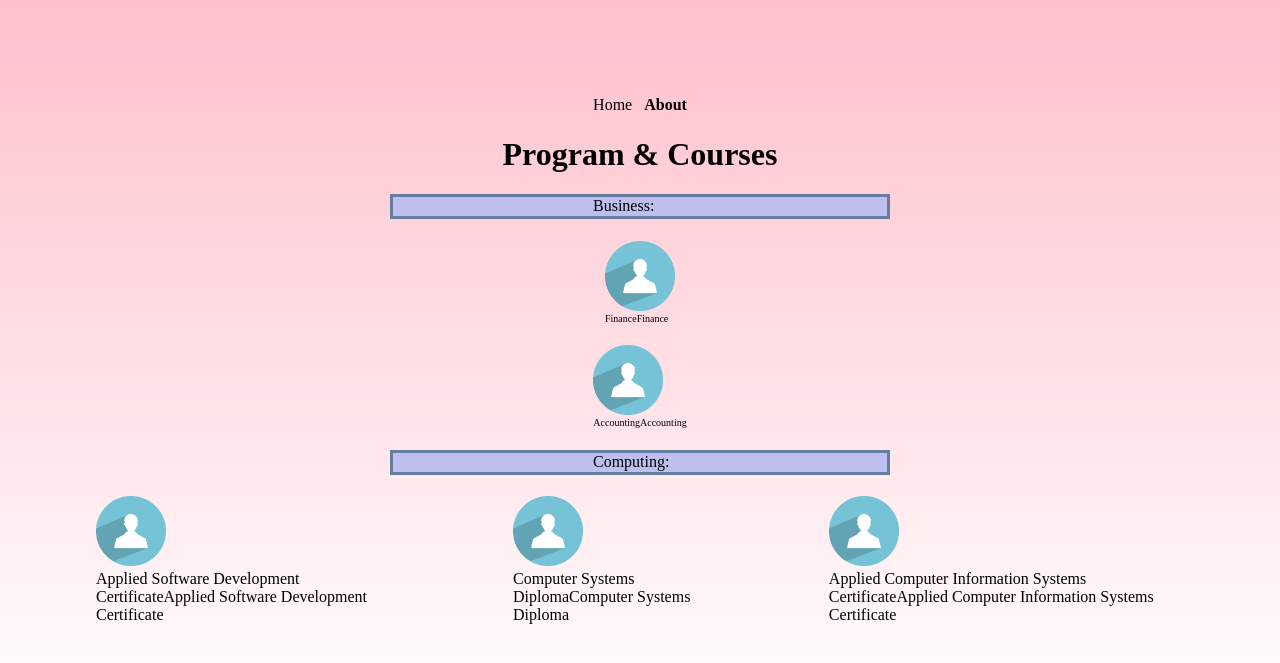
Repository: anoncoderin/madhu-assignment3
Page: /
An editor plug-in stored every save of this project. The page is shown before and after a run of saves, followed by the edit.
The browser window is 1280 px wide. The pictures show the whole page.
The project was rebuilt for these pictures with package versions that can differ from the ones it lists, and the page was loaded fresh each time. The framework's server and built-in components were replaced by stand-ins that run in the browser. Also part of the build but not shown: next.config.js, components/Card/Card.module.css.

Above is the page before, as saved 2023-01-22 20:55:07.

After the next 3 saves:
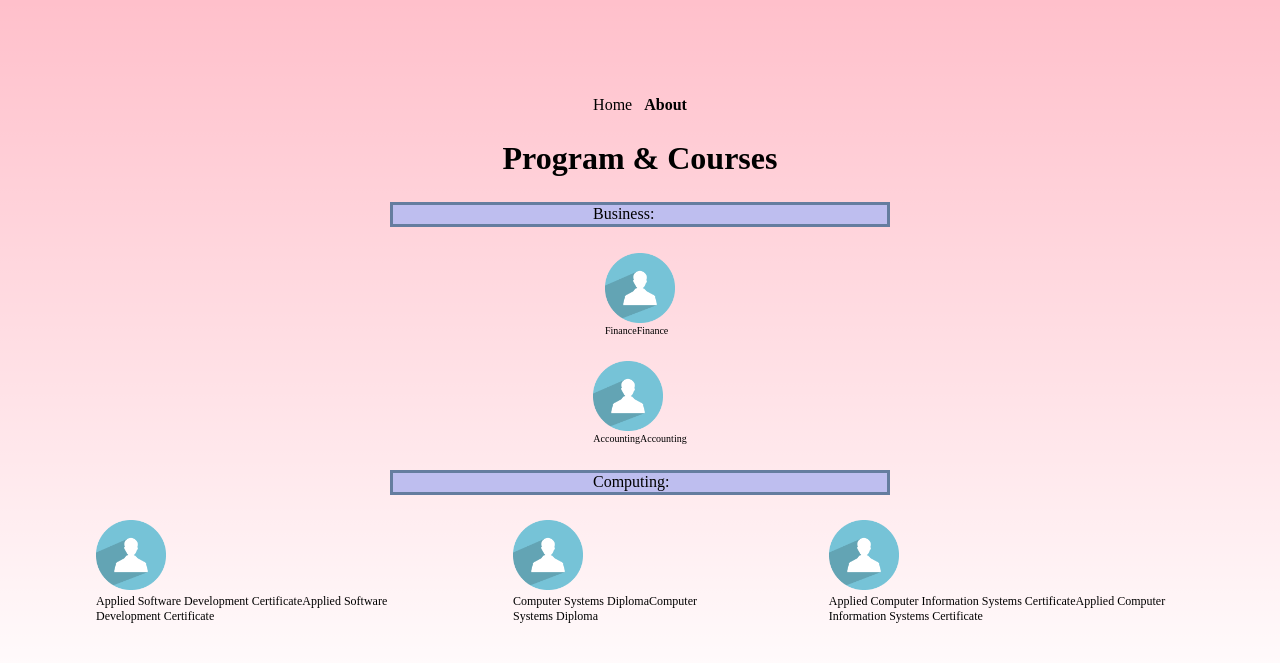
The 3 saves are shown as one change because they came seconds apart.
The last was saved 31 s later.
--- a/pages/index.js
+++ b/pages/index.js
@@ -38,7 +38,7 @@
         information && information.map((info, index)=>{
           if(info.department === "Computing"){
             return(
-              <Card key={index} degree={info.degree} font></Card>
+              <Card key={index} degree={info.degree} font={12}></Card>
             )
           }
         })
